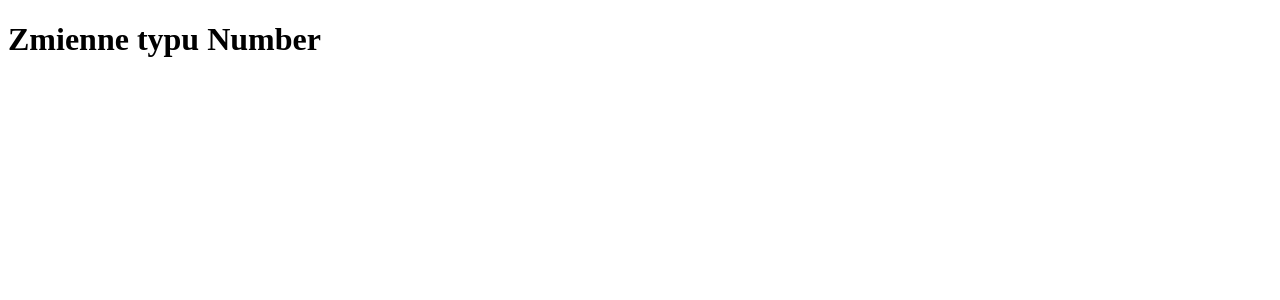
Repository: romanstetsiuk1/JS_learn
Page: number.html
The author's editor kept a copy of each file at every save. The page is drawn from the files as they stood at one save, then again after the next save.
The browser window is 1280 px wide. The pictures show the whole page.

Above is the page before, as saved 2020-08-12 18:07:24.

After the next save:
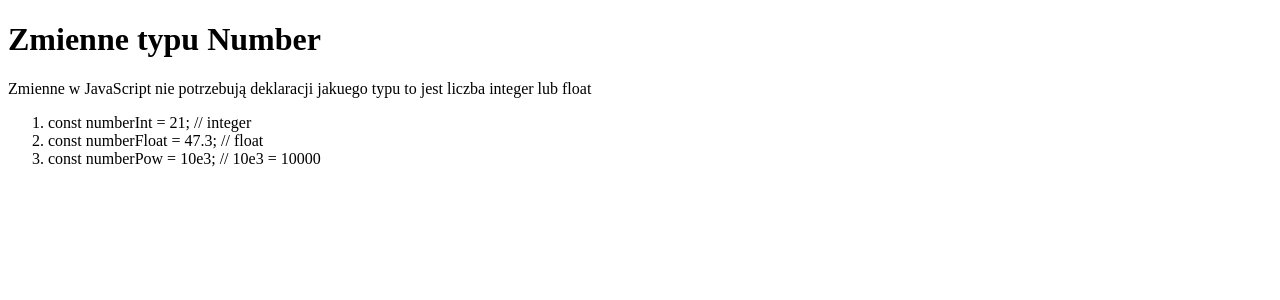
Saved 84 min 9 s later.
--- a/number.html
+++ b/number.html
@@ -9,6 +9,17 @@
   <main>
     <h1>Zmienne typu Number</h1>
 
+    <article>
+      <p>Zmienne w JavaScript nie potrzebują deklaracji jakuego typu to jest liczba integer lub float</p>
+      <div class="vsCode">
+        <ol>
+          <li>const numberInt = 21;       // integer</li>
+          <li>const numberFloat = 47.3;   // float</li>
+          <li>const numberPow = 10e3;     // 10e3 = 10000</li>
+        </ol>
+
+      </div>
+    </article>
 
   </main>
 
